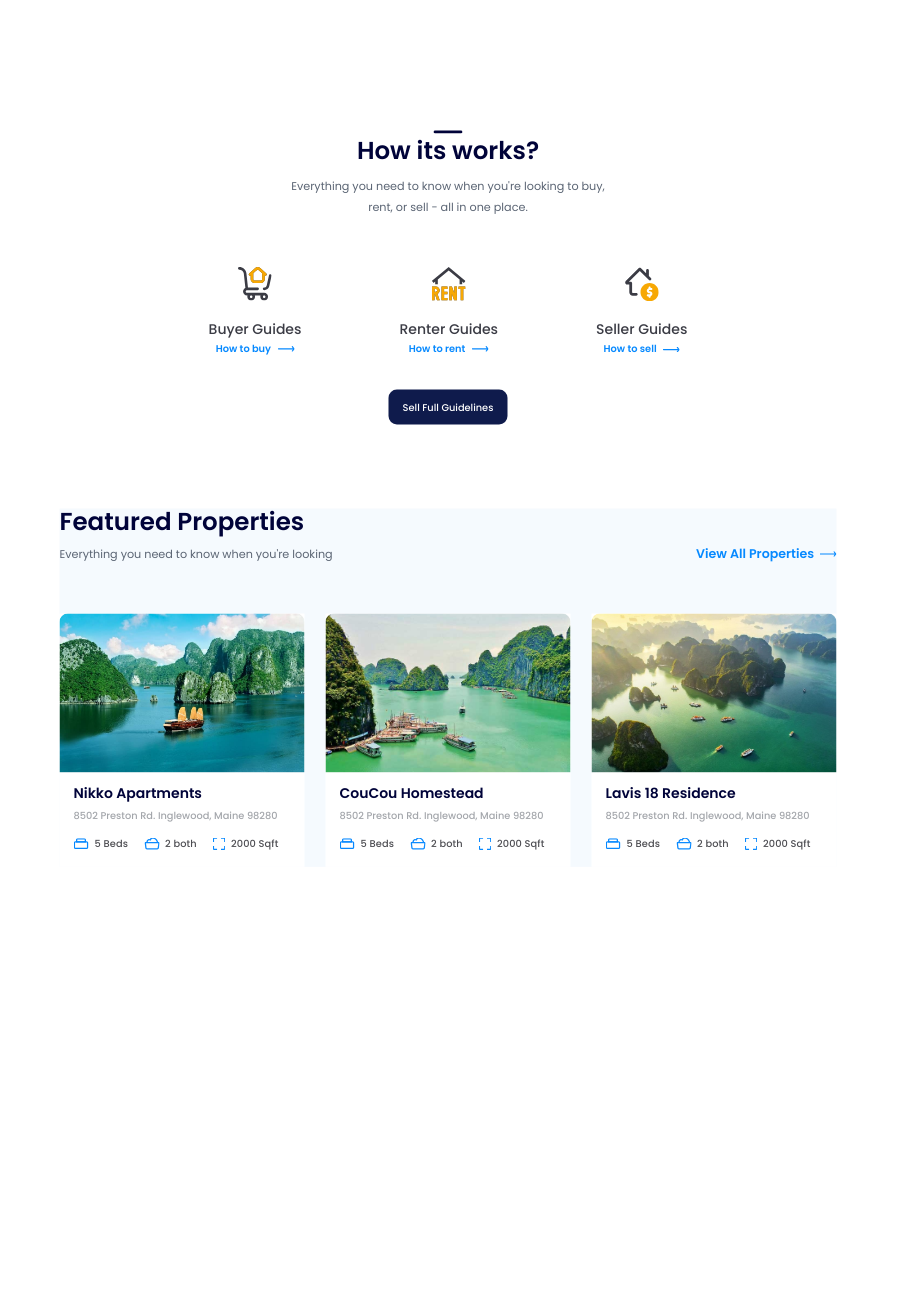
Repository: anhtien111198/f8-htmlcss-01
Page: index.html
These files come from the project's save history. The page is drawn as it stood at one moment and after the next save; the edit follows.
The browser window is 1280 px wide. The page is 1295 px wide, so the pictures cover 1295 px, including what lies to the right of the window. The pictures show the part of the page from y = 1049 to 2929 px (the page is 10000 px tall), at 70% of full size.

Above is the page before, as saved 2023-04-30 01:07:46.

### index.html
<!DOCTYPE html>
<html lang="en">
    <head>
        <meta charset="UTF-8" />
        <meta http-equiv="X-UA-Compatible" content="IE=edge" />
        <meta name="viewport" content="width=device-width, initial-scale=1.0" />
        <title>F8 project 01</title>
        <link rel="stylesheet" href="./assets/css/reset.css" />
        <link rel="stylesheet" href="./assets/fonts/stylesheet.css" />
        <link rel="stylesheet" href="./assets/css/styles.css" />
    </head>
    <body>
        <main style="height: 10000px">
            <!-- Header -->
            <header class="header">
                <div class="content">
                    <nav class="navbar">
                        <!-- logo -->
                        <img src="./assets/img/logo.svg" alt="Besnik." />
                        <!-- Navigation -->
                        <ul>
                            <li>
                                <a href="#!">Home</a>
                            </li>
                            <li>
                                <a href="#!">Features</a>
                            </li>
                            <li>
                                <a href="#!">Services</a>
                            </li>
                            <li>
                                <a href="#!">Resources</a>
                            </li>
                            <li>
                                <a href="#!">Contact</a>
                            </li>
                        </ul>
                        <!-- Action -->
                        <div class="action">
                            <a href="#!" class="action-link">Sign in</a>
                            <a href="#!" class="btn action-btn">Sing up</a>
                        </div>
                    </nav>

                    <div class="hero">
                        <div class="info">
                            <p class="sub-title">Welcome to Besnik Agency</p>
                            <h1 class="title">
                                Discover a place you'll love to live.
                            </h1>
                            <p class="desc">
                                get the best real estate deals first, before
                                they hit the mass market! HOT FORECLOSURE DEALS
                                with one simple search.
                            </p>
                            <a href="#!" class="btn hero-cta">More About Us</a>
                        </div>

                        <img
                            src="./assets/img/house illustration.svg"
                            alt="Discover a place you'll love to live."
                            class="hero-img"
                        />
                    </div>
                </div>
            </header>

            <!-- clients -->
            <div class="clients">
                <div class="content">
                    <div class="row">
                        <img src="./assets/img/logo.svg" alt="Besnik." />
                        <!-- start -->
                        <div class="start">
                            <img src="./assets/img/start.svg" alt="start" />
                            <img src="./assets/img/start.svg" alt="start" />
                            <img src="./assets/img/start.svg" alt="start" />
                            <img src="./assets/img/start.svg" alt="start" />
                            <img src="./assets/img/start.svg" alt="start" />
                        </div>
                    </div>
                    <div class="row row-desc">
                        <p class="desc">
                            More than 45,000+ companies trust besnik
                        </p>
                        <p class="desc">5 Star Ratings (2k+ Review)</p>
                    </div>
                    <div class="images">
                        <img src="./assets/img/client-1.svg" alt="client 1" />
                        <img src="./assets/img/client-2.svg" alt="client 2" />
                        <img src="./assets/img/client-3.svg" alt="client 3" />
                        <img src="./assets/img/client-4.svg" alt="client 4" />
                        <img src="./assets/img/client-5.svg" alt="client 5" />
                    </div>
                </div>
            </div>

            <!-- Guides -->
            <div class="guides">
                <div class="content">
                    <h2 class="sub-title">How its works?</h2>
                    <p class="desc">
                        Everything you need to know when you're looking to buy,
                        rent, or sell - all in one place.
                    </p>
                    <!-- list guide -->
                    <ul class="list-guide">
                        <li class="guide-item">
                            <img
                                src="./assets/img/buyer.svg"
                                alt="buyer"
                                class="icon"
                            />
                            <h3 class="title">Buyer Guides</h3>
                            <a href="#!" class="link">
                                <span>How to buy</span>
                                <img
                                    src="./assets/img/arow-right.svg"
                                    alt="arrow-right"
                                    class="arrow"
                                />
                            </a>
                        </li>
                        <li class="guide-item">
                            <img
                                src="./assets/img/renter.svg"
                                alt="renter"
                                class="icon"
                            />
                            <h3 class="title">Renter Guides</h3>
                            <a href="#!" class="link">
                                <span>How to rent</span>
                                <img
                                    src="./assets/img/arow-right.svg"
                                    alt="arrow-right"
                                    class="arrow"
                                />
                            </a>
                        </li>
                        <li class="guide-item">
                            <img
                                src="./assets/img/seller.svg"
                                alt="seller"
                                class="icon"
                            />
                            <h3 class="title">Seller Guides</h3>
                            <a href="#!" class="link">
                                <span>How to sell</span>
                                <img
                                    src="./assets/img/arow-right.svg"
                                    alt="arrow-right"
                                    class="arrow"
                                />
                            </a>
                        </li>
                    </ul>
                    <div class="guide-cta">
                        <a href="#!" class="btn">Sell Full Guidelines</a>
                    </div>
                </div>
            </div>

            <!-- Featured -->
            <div class="featured">
                <div class="content">
                    <header>
                        <h2 class="sub-title">Featured Properties</h2>
                        <div class="row">
                            <p class="desc">
                                Everything you need to know when you're looking
                            </p>
                            <a href="#!" class="link">
                                <span>View All Properties</span>
                                <img
                                    src="./assets/img/arow-right.svg"
                                    alt="arrow-right"
                                    class="arrow"
                                />
                            </a>
                        </div>
                    </header>
                    <div class="list">
                        <!-- Featured-item 1 -->
                        <div class="item">
                            <img
                                src="./assets/img/featuured-1.jpg"
                                alt="Nikko Apartments"
                                class="thumb"
                            />
                            <div class="body">
                                <h3 class="title">Nikko Apartments</h3>
                                <p class="desc">
                                    8502 Preston Rd. Inglewood, Maine 98280
                                </p>
                                <div class="info">
                                    <img
                                        src="./assets/img/bed.svg"
                                        alt=""
                                        class="icon"
                                    />
                                    <span class="label">5 Beds</span>

                                    <img
                                        src="./assets/img/both.svg"
                                        alt=""
                                        class="icon"
                                    />
                                    <span class="label">2 both</span>

                                    <img
                                        src="./assets/img/sqft.svg"
                                        alt=""
                                        class="icon"
                                    />
                                    <span class="label">2000 Sqft</span>
                                </div>
                            </div>
                        </div>

                        <!-- Featured-item 2 -->
                        <div class="item">
                            <img
                                src="./assets/img/featured-2.jpg"
                                alt="CouCou Homestead"
                                class="thumb"
                            />
                            <div class="body">
                                <h3 class="title">CouCou Homestead</h3>
                                <p class="desc">
                                    8502 Preston Rd. Inglewood, Maine 98280
                                </p>
                                <div class="info">
                                    <img
                                        src="./assets/img/bed.svg"
                                        alt=""
                                        class="icon"
                                    />
                                    <span class="label">5 Beds</span>

                                    <img
                                        src="./assets/img/both.svg"
                                        alt=""
                                        class="icon"
                                    />
                                    <span class="label">2 both</span>

                                    <img
                                        src="./assets/img/sqft.svg"
                                        alt=""
                                        class="icon"
                                    />
                                    <span class="label">2000 Sqft</span>
                                </div>
                            </div>
                        </div>

                        <!-- Featured-item 3 -->
                        <div class="item">
                            <img
                                src="./assets/img/featured-3.jpg"
                                alt="Lavis 18 Residence"
                                class="thumb"
                            />
                            <div class="body">
                                <h3 class="title">Lavis 18 Residence</h3>
                                <p class="desc">
                                    8502 Preston Rd. Inglewood, Maine 98280
                                </p>
                                <div class="info">
                                    <img
                                        src="./assets/img/bed.svg"
                                        alt=""
                                        class="icon"
                                    />
                                    <span class="label">5 Beds</span>

                                    <img
                                        src="./assets/img/both.svg"
                                        alt=""
                                        class="icon"
                                    />
                                    <span class="label">2 both</span>

                                    <img
                                        src="./assets/img/sqft.svg"
                                        alt=""
                                        class="icon"
                                    />
                                    <span class="label">2000 Sqft</span>
                                </div>
                            </div>
                        </div>
                    </div>
                </div>
            </div>
        </main>
    </body>
</html>

### assets/fonts/stylesheet.css
@font-face {
    font-family: "Poppins";
    src: url("Poppins/Poppins-Black.woff2") format("woff2"),
        url("Poppins/Poppins-Black.woff") format("woff");
    font-weight: 900;
    font-style: normal;
    font-display: swap;
}

@font-face {
    font-family: "Poppins";
    src: url("Poppins/Poppins-Bold.woff2") format("woff2"),
        url("Poppins/Poppins-Bold.woff") format("woff");
    font-weight: bold;
    font-style: normal;
    font-display: swap;
}

@font-face {
    font-family: "Poppins";
    src: url("Poppins/Poppins-BlackItalic.woff2") format("woff2"),
        url("Poppins/Poppins-BlackItalic.woff") format("woff");
    font-weight: 900;
    font-style: italic;
    font-display: swap;
}

@font-face {
    font-family: "Poppins";
    src: url("Poppins/Poppins-BoldItalic.woff2") format("woff2"),
        url("Poppins/Poppins-BoldItalic.woff") format("woff");
    font-weight: bold;
    font-style: italic;
    font-display: swap;
}

@font-face {
    font-family: "Poppins";
    src: url("Poppins/Poppins-ExtraBoldItalic.woff2") format("woff2"),
        url("Poppins/Poppins-ExtraBoldItalic.woff") format("woff");
    font-weight: bold;
    font-style: italic;
    font-display: swap;
}

@font-face {
    font-family: "Poppins";
    src: url("Poppins/Poppins-ExtraBold.woff2") format("woff2"),
        url("Poppins/Poppins-ExtraBold.woff") format("woff");
    font-weight: bold;
    font-style: normal;
    font-display: swap;
}

@font-face {
    font-family: "Poppins";
    src: url("Poppins/Poppins-ExtraLight.woff2") format("woff2"),
        url("Poppins/Poppins-ExtraLight.woff") format("woff");
    font-weight: 200;
    font-style: normal;
    font-display: swap;
}

@font-face {
    font-family: "Poppins";
    src: url("Poppins/Poppins-ExtraLightItalic.woff2") format("woff2"),
        url("Poppins/Poppins-ExtraLightItalic.woff") format("woff");
    font-weight: 200;
    font-style: italic;
    font-display: swap;
}

@font-face {
    font-family: "Poppins";
    src: url("Poppins/Poppins-LightItalic.woff2") format("woff2"),
        url("Poppins/Poppins-LightItalic.woff") format("woff");
    font-weight: 300;
    font-style: italic;
    font-display: swap;
}

@font-face {
    font-family: "Poppins";
    src: url("Poppins/Poppins-Light.woff2") format("woff2"),
        url("Poppins/Poppins-Light.woff") format("woff");
    font-weight: 300;
    font-style: normal;
    font-display: swap;
}

@font-face {
    font-family: "Poppins";
    src: url("Poppins/Poppins-Italic.woff2") format("woff2"),
        url("Poppins/Poppins-Italic.woff") format("woff");
    font-weight: normal;
    font-style: italic;
    font-display: swap;
}

@font-face {
    font-family: "Poppins";
    src: url("Poppins/Poppins-Regular.woff2") format("woff2"),
        url("Poppins/Poppins-Regular.woff") format("woff");
    font-weight: normal;
    font-style: normal;
    font-display: swap;
}

@font-face {
    font-family: "Poppins";
    src: url("Poppins/Poppins-MediumItalic.woff2") format("woff2"),
        url("Poppins/Poppins-MediumItalic.woff") format("woff");
    font-weight: 500;
    font-style: italic;
    font-display: swap;
}

@font-face {
    font-family: "Poppins";
    src: url("Poppins/Poppins-SemiBoldItalic.woff2") format("woff2"),
        url("Poppins/Poppins-SemiBoldItalic.woff") format("woff");
    font-weight: 600;
    font-style: italic;
    font-display: swap;
}

@font-face {
    font-family: "Poppins";
    src: url("Poppins/Poppins-Thin.woff2") format("woff2"),
        url("Poppins/Poppins-Thin.woff") format("woff");
    font-weight: 100;
    font-style: normal;
    font-display: swap;
}

@font-face {
    font-family: "Poppins";
    src: url("Poppins/Poppins-Medium.woff2") format("woff2"),
        url("Poppins/Poppins-Medium.woff") format("woff");
    font-weight: 500;
    font-style: normal;
    font-display: swap;
}

@font-face {
    font-family: "Poppins";
    src: url("Poppins/Poppins-SemiBold.woff2") format("woff2"),
        url("Poppins/Poppins-SemiBold.woff") format("woff");
    font-weight: 600;
    font-style: normal;
    font-display: swap;
}

@font-face {
    font-family: "Poppins";
    src: url("Poppins/Poppins-ThinItalic.woff2") format("woff2"),
        url("Poppins/Poppins-ThinItalic.woff") format("woff");
    font-weight: 100;
    font-style: italic;
    font-display: swap;
}

### assets/css/styles.css
* {
    box-sizing: border-box;
}
:root {
    --primary-color: #0f1b4c;
}
html {
    font-size: 62.5%;
}
body {
    font-size: 1.6rem;
    font-family: "Poppins", sans-serif;
}
/* common */
a {
    text-decoration: none;
}
.content {
    width: 1110px;
    max-width: calc(100% - 48px);
    margin-left: auto;
    margin-right: auto;
}
.btn {
    display: inline-block;
    min-width: 98px;
    padding: 18px 16px;
    background: var(--primary-color);
    border-radius: 12px;
    font-weight: 500;
    font-size: 1.4rem;
    text-align: center;
    color: #ffffff;
}
.btn:hover {
    opacity: 0.9;
}
/* =============heder============== */
.header {
    position: relative;
    background: #e6f0ff;
    height: 100vh;
}
.navbar {
    display: flex;
    align-items: center;
    padding-top: 38px;
}
.navbar ul {
    display: flex;
    margin-left: 50px;
    /* justify-content: center; */
}
.navbar .action {
    display: flex;
    align-items: center;
    margin-left: auto;
}
.navbar ul a {
    font-weight: 500;
    font-size: 1.4rem;
    color: #4f5361;
    padding: 8px 14px;
}
.navbar ul a:hover {
    text-decoration: underline;
}
.navbar .action-link {
    font-weight: 500;
    font-size: 1.4rem;
    color: var(--primary-color);
}
.navbar .action-btn {
    padding: 13px 16px;
    margin-left: 18px;
    border-radius: 8px;
}
.hero {
    margin-top: 130px;
}
.hero .info {
    width: 51%;
}
.hero .sub-title {
    font-weight: 500;
    font-size: 1.8rem;
    line-height: 1.5;
    letter-spacing: 0.01em;
    color: #687690;
}
.hero .title {
    margin-top: 8px;
    font-weight: 700;
    font-size: 6.2rem;
    line-height: 1.19;
    color: #000336;
}
.hero .desc {
    margin-top: 30px;
    font-weight: 400;
    font-size: 1.8rem;
    line-height: 1.78;
    text-transform: capitalize;
    color: #5a6473;
}
.hero-cta {
    min-width: 170px;
    margin-top: 40px;
}
.hero-img {
    position: absolute;
    right: calc((100vw - 1110px) / 2 - 100px);
    bottom: 0;
}
/* =========Client============ */
.clients {
    margin-top: 122px;
}
.clients .row {
    display: flex;
    justify-content: space-between;
}
.clients .desc {
    font-weight: 500;
    font-size: 1.6rem;
    line-height: 1.25;
    color: #7d8589;
}
.clients .row-desc {
    margin-top: 23px;
}
.clients .images {
    display: flex;
    align-items: center;
    justify-content: space-between;
    margin-top: 96px;
}
/* ====== guides ======== */
.guides {
    margin-top: 200px;
}
.guides .sub-title {
    position: relative;
    font-weight: 600;
    font-size: 3.5rem;
    line-height: 1;
    text-align: center;
    color: #000339;
    /* padding-top: 10px; */
}
.guides .sub-title::before {
    content: "";
    top: -10px;
    left: 50%;
    transform: translateX(-50%);
    display: inline-block;
    position: absolute;
    width: 41px;
    height: 4px;
    background: #000339;
    border-radius: 12px;
}
.guides .desc {
    max-width: 459px;
    margin: 20px auto 0;
    font-weight: 400;
    font-size: 1.6rem;
    line-height: 1.88;
    text-align: center;
    color: #5a6473;
}
.list-guide {
    margin-top: 70px;
    display: flex;
    justify-content: center;
}
.guide-item {
    padding: 0 70px;
    text-align: center;
}
.guide-item .title {
    margin-top: 26px;
    font-weight: 500;
    font-size: 2rem;
    line-height: 1.1;
    color: #3b3c45;
}
.guide-item .link {
    display: inline-block;
    margin-top: 10px;
    font-weight: 600;
    font-size: 1.4rem;
    color: #0689ff;
}
.guide-item .arrow {
    margin-left: 6px;
}
.guide-cta {
    display: flex;
    justify-content: center;
    margin-top: 50px;
}
.guide-cta .btn {
    min-width: 170px;
}
/* ======== Featured=========== */
.featured {
    margin-top: 120px;
}
.featured .content {
    background: #f5fafe;
}
.featured .sub-title {
    font-weight: 600;
    font-size: 3.5rem;
    line-height: 1;
    color: #000339;
}
.featured .row {
    display: flex;
    justify-content: space-between;
    margin-top: 15px;
}
.featured .desc {
    font-weight: 400;
    font-size: 1.6rem;
    line-height: 1.88;
    color: #5a6473;
}
.featured .link {
    display: flex;
    align-items: center;
    font-weight: 600;
    font-size: 1.8rem;
    color: #0689ff;
}
.featured .link .arrow {
    margin-left: 8px;
}

.featured .list {
    display: flex;
    gap: 30px;
    margin-top: 70px;
}
.featured .item {
    flex: 1;
    background: #fff;
}
.featured .item .thumb {
    width: 100%;
    height: 227px;
    object-fit: cover;
    border-top-right-radius: 12px;
    border-top-left-radius: 12px;
}
.featured .item .body {
    padding: 17px 20px 24px;
}
.featured .item .title {
    font-weight: 600;
    font-size: 2rem;
    line-height: 1;
    color: #000339;
}
.featured .item .desc {
    margin-top: 11px;
    font-weight: 500;
    font-size: 1.4rem;
    line-height: 1.5;
    color: #a3a6ab;
}
.featured .item .info {
    display: flex;
    align-items: center;
    margin-top: 21px;
}
.featured .item .label {
    margin-left: 8px;
    font-weight: 500;
    font-size: 1.4rem;
    letter-spacing: 0.01em;
    color: #4d4d52;
}
.featured .item .icon:first-child {
    margin-left: 0;
}
.featured .item .icon {
    margin-left: 23px;
}

Loaded but not shown: assets/css/reset.css (common file)

After the next save:
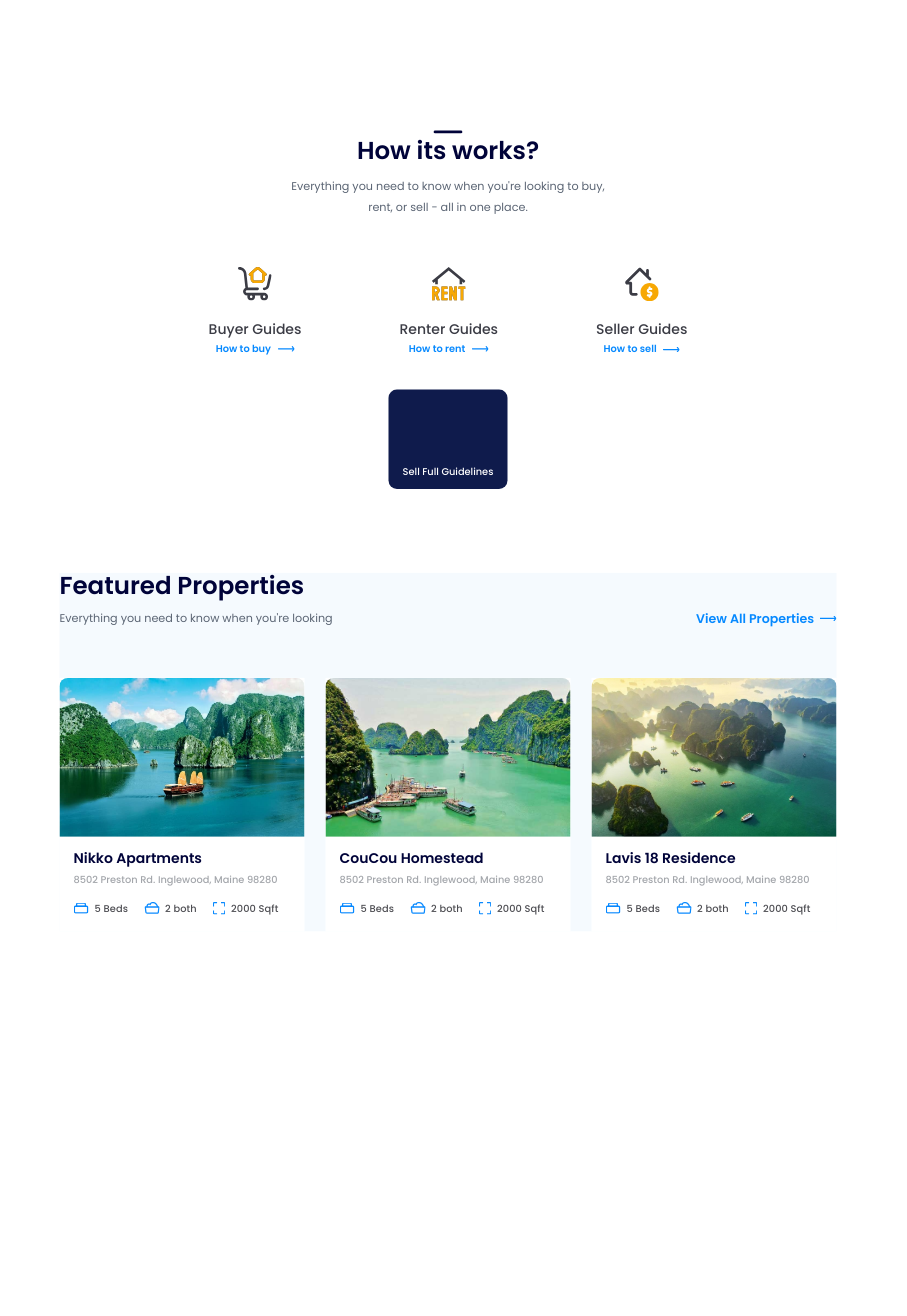
Saved 28 s later.
--- a/assets/css/styles.css
+++ b/assets/css/styles.css
@@ -202,6 +202,7 @@
 }
 .guide-cta .btn {
     min-width: 170px;
+    padding-top: 110px;
 }
 /* ======== Featured=========== */
 .featured {
